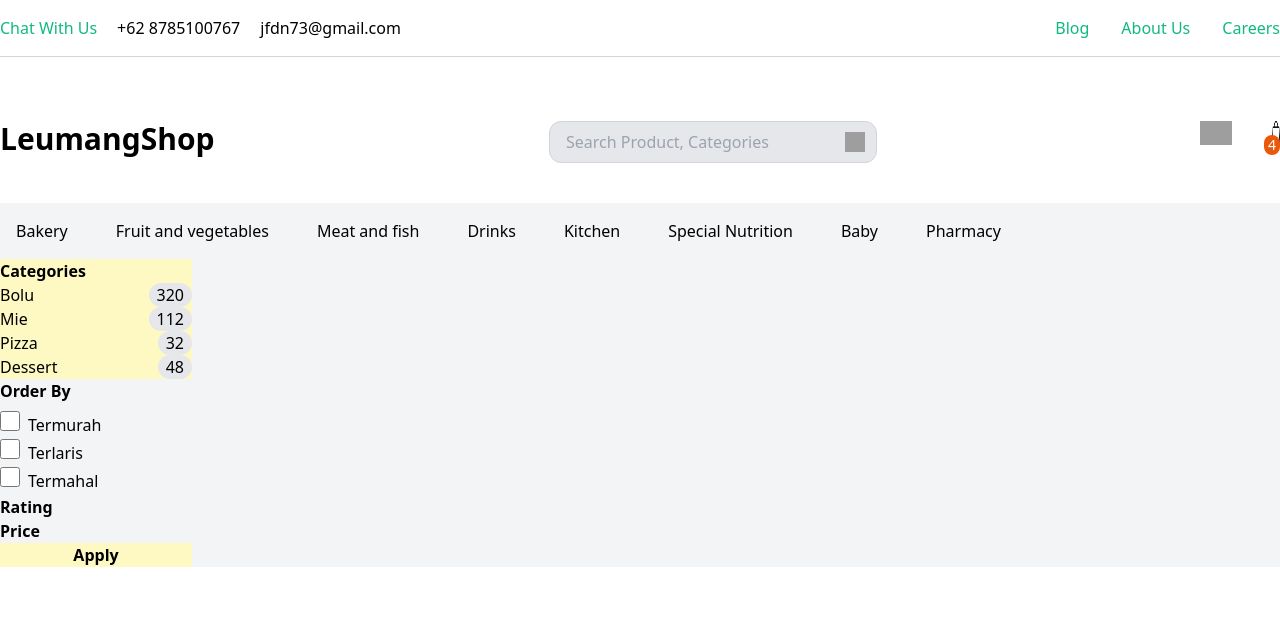
Repository: jafetdn73/ecommerce-tailwind
Page: /
These files come from the project's save history. The page is drawn as it stood at one moment and after the next save; the edit follows.
The browser window is 1280 px wide. The pictures show the whole page.
Pictures or frames that could not be fetched are drawn as grey boxes. The project was rebuilt for these pictures with package versions that can differ from the ones it lists, and the page was loaded fresh each time. Also part of the build but not shown: src/App.css.

Above is the page before, as saved 2022-03-13 13:03:15.

After the next save:
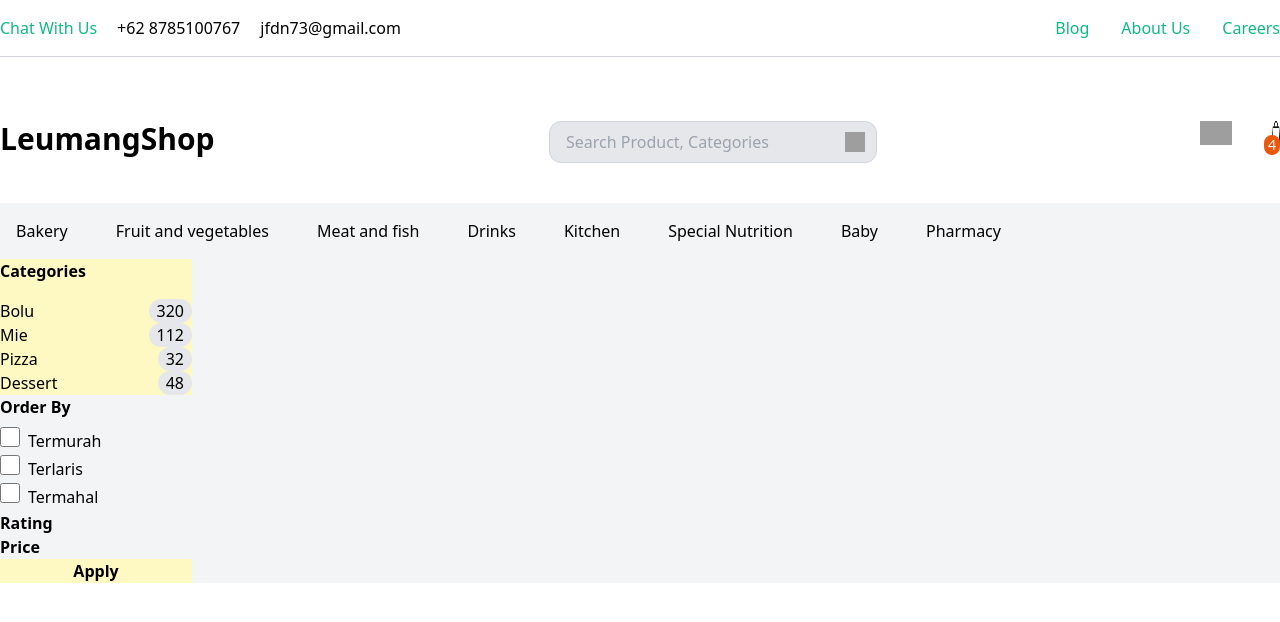
Saved 98 s later.
--- a/src/App.js
+++ b/src/App.js
@@ -56,7 +56,7 @@ function App() {
       <div className="bg-gray-100">
         <div className="flex flex-col w-48 bg-yellow-100" >
           <div className="flex flex-col">
-            <h1 className="font-bold text-base">Categories</h1>
+            <h1 className="font-bold text-base mb-4">Categories</h1>
             <ul>
               <div className="flex justify-between">
                 <li>Bolu</li><label className="bg-gray-200 pl-2 pr-2 rounded-xl">320</label>
